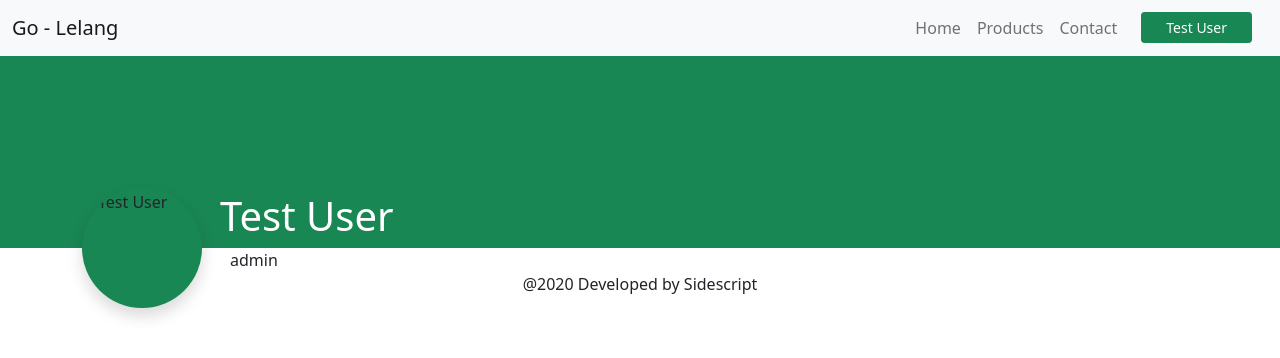
Repository: khulqu15/Go---Lelalng
Page: http://localhost/profile
An editor plug-in stored every save of this project. The page is shown before and after the next save, followed by the edit.
The browser window is 1280 px wide. The pictures show the whole page.
The page is served by the project's Laravel application, run on PHP 8.4 with Laravel 8. A made-up administrator, Test User (test@example.com), is signed in. Other server files are loaded and not shown.

Above is the page before, as saved 2021-02-22 20:55:01.

### routes/web.php
<?php

use App\Http\Controllers\DashboardController;
use App\Http\Controllers\PageController;
use App\Http\Controllers\UserController;
use Illuminate\Support\Facades\Route;

/*
|--------------------------------------------------------------------------
| Web Routes
|--------------------------------------------------------------------------
|
| Here is where you can register web routes for your application. These
| routes are loaded by the RouteServiceProvider within a group which
| contains the "web" middleware group. Now create something great!
|
*/

Route::get('/', [PageController::class, 'home'])->name('home');
Route::get('products', [PageController::class, 'products'])->name('products');
Route::get('product/{id}', [PageController::class, 'product'])->name('product');
Route::get('contact', [PageController::class, 'contact'])->name('contact');
Route::get('login', [PageController::class, 'login'])->name('login');
Route::get('register', [PageController::class, 'register'])->name('register');
Route::post('contact', [UserController::class, 'contactUs'])->name('contact.us');
Route::post('register', [UserController::class, 'register'])->name('register.post');
Route::post('login', [UserController::class, 'login'])->name('login.post');

Route::get('profile', [PageController::class, 'profile'])->name('profile');

Route::group(['middleware' => ['userDashboard']], function() {
    Route::get('dashboard', [DashboardController::class, 'index'])->name('dashboard');
    Route::get('dashboard/product', [DashboardController::class, 'product'])->name('dashboard.product');
    Route::get('dashboard/user', [DashboardController::class, 'user'])->name('dashboard.user');
    Route::get('dashboard/auction', [DashboardController::class, 'auction'])->name('dashboard.auction');
});

### app/Models/User.php
<?php

namespace App\Models;

use Illuminate\Contracts\Auth\MustVerifyEmail;
use Illuminate\Database\Eloquent\Factories\HasFactory;
use Illuminate\Foundation\Auth\User as Authenticatable;
use Illuminate\Notifications\Notifiable;
use Illuminate\Support\Facades\Hash;

class User extends Authenticatable
{
    use HasFactory, Notifiable;

    /**
     * The attributes that are mass assignable.
     *
     * @var array
     */
    protected $fillable = [
        'name',
        'email',
        'password',
    ];

    /**
     * The attributes that should be hidden for arrays.
     *
     * @var array
     */
    protected $hidden = [
        'password',
        'remember_token',
    ];

    /**
     * The attributes that should be cast to native types.
     *
     * @var array
     */
    protected $casts = [
        'email_verified_at' => 'datetime',
    ];

    public function Like()
    {
        return $this->hasMany(Like::class, 'user_id');
    }

    public function Auction()
    {
        return $this->hasMany(Auction::class, 'user_id');
    }

    public function isAdmin()
    {
        if($this->level == 'client') {
            return false;
        } else {
            return true;
        }
    }

    public function setPasswordAttribute($value)
    {
        $this->attributes['password'] = Hash::make($value);
    }
}

### app/Http/Controllers/PageController.php
<?php

namespace App\Http\Controllers;

use App\Models\Category;
use App\Models\Product;
use Illuminate\Http\Request;
use Illuminate\Support\Facades\Auth;

class PageController extends Controller
{
    public function home(Request $request)
    {
        $categories = Category::orderBy('id', 'DESC')->paginate(4);
        $query = Product::query();
        if($request->get('name')) {
            $products = $query->where('name', 'LIKE', '%'.$request->get('name').'%');
        }
        if($request->get('category')) {
            $products = $query->where('category_id', $request->get('category'));
        }
        $products = $query->with('Category')->orderBy('id', 'DESC')->paginate(3);
        return view('welcome', compact('products', 'categories'));
    }

    public function products(Request $request)
    {
        $categories = Category::orderBy('id', 'DESC')->paginate(4);
        $query = Product::query();
        if($request->get('name')) {
            $products = $query->where('name', 'LIKE', '%'.$request->get('name').'%');
        }
        if($request->get('category')) {
            $products = $query->where('category_id', $request->get('category'));
        }
        $products = $query->paginate(3);
        return view('page.products', compact('products', 'categories'));
    }

    public function product($id)
    {
        $product = Product::find($id);
        return view('page.product', compact('product'));
    }

    public function contact()
    {
        return view('page.contact');
    }

    public function login()
    {
        return view('auth.login');
    }

    public function register()
    {
        return view('auth.register');
    }

    public function profile()
    {
        if(Auth::check()) {
            return view('page.profile');
        }
        return redirect()->route('login')->with('error', 'Anda belum login');
    }
}

### resources/views/page/profile.blade.php
@extends('layout.app')

@section('title', Auth::user()->name)

@section('content')
<div class="container-fluid bg-success position-relative pt-5">
    <div class="container position-relative pb-5">
        <div class="row py-5">
            <div class="col-md-12">
                <div class="avatar-profile position-absolute shadow" style="bottom: -60px; width: 120px; height: 120px; border-radius: 120px;">
                    <img src="{{ asset('img/user/'.Auth::user()->avatar) }}" alt="{{ Auth::user()->name }}" class="image-fit-card">
                </div>
                <h1 class="text-white position-absolute" style="bottom: 0px; left: 150px">{{ Auth::user()->name }}</h1>
            </div>
        </div>
    </div>
</div>
<div class="container position-relative">
    <div class="row">
        <div class="col-md-12">
            <p class="position-absolute" style="left: 160px">{{ Auth::user()->level }}</p>
        </div>
    </div>
</div>
@endsection

### resources/views/layout/app.blade.php
<!DOCTYPE html>
<html lang="en">
<head>
    <meta charset="UTF-8">
    <meta name="viewport" content="width=device-width, initial-scale=1.0">
    <meta http-equiv="X-UA-Compatible" content="ie=edge">
    <title>GO - Lelang | @yield('title')</title>

    <script src="{{ mix('css/app.css') }}"></script>
    <link rel="stylesheet" href="{{ asset('css/bootstrap.min.css') }}">
    <link rel="stylesheet" href="{{ asset('css/all.min.css') }}">
    <link rel="stylesheet" href="{{ asset('css/fontawesome.min.css') }}">
    <link rel="stylesheet" href="{{ asset('css/style.css') }}">

    <script src="{{ mix('js/app.js') }}"></script>
    <script src="{{ asset('js/jquery-3.5.1.min.js') }}"></script>
    <script src="{{ asset('js/bootstrap.min.js') }}"></script>
    <script src="{{ asset('js/all.min.js') }}"></script>
    <script src="{{ asset('js/fontawesome.min.js') }}"></script>

</head>
<body>

    @if(\Session::has('success'))
    <div role="alert" class="alert alert-success alert-dismissible show position-fixed alert-respond fade">
        <ul class="mb-0 pb-0">
            <li>{{ \Session::get('success') }}</li>
        </ul>
        <button type="button" class="btn-close" data-bs-dismiss="alert" aria-label="Close"></button>
    </div>
    @endif
    @if(\Session::has('error'))
    <div role="alert" class="alert alert-danger alert-dismissible show position-fixed alert-respond fade">
        <ul class="mb-0 pb-0">
            <li>{{ \Session::get('error') }}</li>
        </ul>
        <button type="button" class="btn-close" data-bs-dismiss="alert" aria-label="Close"></button>
    </div>
    @endif

    <nav class="navbar navbar-expand-lg navbar-light bg-light">
        <div class="container-fluid">
            <a class="navbar-brand" href="{{ route('home') }}">Go - Lelang</a>
            <button class="navbar-toggler" type="button" data-bs-toggle="collapse" data-bs-target="#navbarSupportedContent" aria-controls="navbarSupportedContent" aria-expanded="false" aria-label="Toggle navigation">
                <span class="navbar-toggler-icon"></span>
            </button>
            <div class="collapse navbar-collapse" id="navbarSupportedContent">
                <ul class="navbar-nav ms-auto mb-2 mb-lg-0">
                    <li class="nav-item">
                        <a class="nav-link {{ Request::is('home') ? 'active' : '' }}" aria-current="page" href="{{ route('home') }}">Home</a>
                    </li>
                    <li class="nav-item">
                        <a class="nav-link {{ Request::is('products') ? 'active' : '' }}"" href="{{ route('products') }}">Products</a>
                    </li>
                    <li class="nav-item">
                        <a class="nav-link {{ Request::is('contact') ? 'active' : '' }}"" href="{{ route('contact') }}">Contact</a>
                    </li>
                    <li class="nav-item pt-1 px-3">
                        @if (Auth::check())
                            <button onclick="window.location = '{{ route('profile') }}'" class="btn btn-success btn-sm px-4">{{ Auth::user()->name }}</button>
                        @else
                            <button class="btn btn-success btn-sm px-4" onclick="window.location = '{{ route('login') }}'">Login</button>
                            <button class="btn btn-light btn-sm px-2" onclick="window.location = '{{ route('register') }}'">Register</button>
                        @endif
                    </li>
                </ul>
            </div>
        </div>
    </nav>

    @yield('content')

    <footer class="container-fluid py-4">
        <div class="row">
            <div class="col-md-12 text-center">
                <p class="mb-0">@2020 Developed by Sidescript</p>
            </div>
        </div>
    </footer>
</body>
</html>

### public/css/style.css
body {
    overflow-x: hidden !important;
}
.viga {
    font-family: 'Viga', sans-serif;
}
.bgm-primary {
    background-color: #198754 !important;
}
.bgm-primary-light {
    background-color: #FFCECE !important;
}
.btnm-primary {
    border: none;
    border-radius: 0px !important;
    transition: all .3s ease-in-out;
    background-color: #198754 !important;
    padding: 1rem 2rem;
    color: white;
}
.shadow-smooth {
    box-shadow: 10px 20px 49px -8px rgba(0, 0, 0, 0.08) !important;
}
.page-item.active .page-link {
    background-color: #198754 !important;
    border-color: #198754 !important;
    color: white !important;
}
.page-link {
    color: #198754 !important;
}
.text-right {
    text-align: right !important;
}
.text-left {
    text-align: left !important;
}
.text-sm {
    font-size: .8rem;
}
.text-center {
    text-align: center !important;
}
.cursor-point {
    cursor: pointer;
}
.btnm-primary:hover {
    color: white !important;
    background-color: #c01c1c !important;
}
.btnm-light {
    border: none;
    border-radius: 0px !important;
    transition: all .3s ease-in-out;
    background-color: #f2f2f2 !important;
    padding: 1rem 2rem;
    color: #292929;
}
.btnm-light:hover {
    color: #292929 !important;
    background-color: #c2c2c2 !important;
}
.textm-primary {
    color: #198754 !important;
}
.textm-gray {
    color: gray !important;
}

.input-search-home {
    width: 80%;
    position: absolute;
    left: 10%;
    height: 60px;
    box-shadow: 0px 20px 40px -6px rgba(0, 0, 0, 0.12);
    top: -50px;
    background-color: white;
}
.input-search-home input {
    height: 60px;
}
.input-search-home button,
.input-search-home a {
    position: relative;
    top: -10px;
}
.maxm-height {
    min-height: 70vh;
    max-height: 70vh !important;
    overflow-y: auto !important;
    overflow-x: hidden !important;
}


.card-product {
    width: 100%;
    transition: all .3s ease-in-out;
    height: 370px;
    background-color: white;
}
.card-product:hover {
    box-shadow: 12px 24px 48px rgba(0, 0, 0, 0.09);
}
.card-product .image {
    width: 100%;
    height: 170px;
    background-color: #f36c6c;
    overflow: hidden;
}
.card-product .image img {
    transition: all .3s ease-in-out;
}
.card-product .image:hover img {
    transform: scale(1.1);
    opacity: .6;
}
.card-product .like {
    width: 50px;
    height: 50px;
    border-radius: 50px;
    background-color: #fccece;
    color: #198754;
    position: absolute;
    line-height: 53px;
    text-align: center;
    z-index: 10;
    top: 140px;
    right: 20px;
    transition: all .3s ease-in-out;
}
.card-product .like:hover {
    cursor: pointer;
    background-color: #c01c1c;
    color: #FFCECE;
}
.card-product .liked {
    width: 50px;
    height: 50px;
    border-radius: 50px;
    background-color: #198754;
    color: #fccece;
    position: absolute;
    line-height: 53px;
    text-align: center;
    z-index: 10;
    top: 140px;
    right: 20px;
    transition: all .3s ease-in-out;
}
.card-product .like:hover {
    cursor: pointer;
    color: #c01c1c;
    background-color: #FFCECE;
}
.image-fit-card {
    width: 100%;
    height: 100%;
    object-fit: cover !important;
}
.card-product .line-category {
    display: inline-block;
    width: 20px;
    height: 3px;
    background-color: gray;
}

.bg-hammer-bottom {
    background: url('../img/wallpaper/hammer.png');
    background-attachment: fixed;
    background-position: center;
    background-size: cover;
}

.input-email-footer {
    position: relative;
    width: 100%;
    height: 70px;
    box-shadow: 0px 19px 38px rgba(0, 0, 0, 0.12);
    background-color: white;
}
.input-email-footer input {
    height: 70px;
    width: 100%;
}
.input-email-footer button {
    position: relative;
    top: -8px
}

.menu-footer {
    color: rgba(255, 255, 255, .5);
}
.menu-footer.active,
.menu-footer:hover {
    color: rgba(255, 255, 255, 1);
    cursor: pointer;
    transition: all .4s ease-in-out;
}
.menu-footer .icon {
    position: absolute;
    right: -50px;
    opacity: 0;
    transition: all .2s ease-in-out;
    visibility: hidden;
}
.menu-footer.active .icon,
.menu-footer:hover .icon {
    position: relative;
    opacity: 1;
    right: 0;
    visibility: visible;
}
.menu-footer .menu-title {
    transition: all .2s ease-in-out;
    position: relative;
    font-size: 3rem;
    right: -10px;
}
.menu-footer.active .menu-title,
.menu-footer:hover .menu-title {
    position: relative;
    right: 0px;
}

.icons-footer svg {
    transition: all .2s ease-in-out;
    color: #c2c2c2;
    margin: 0px .8rem;
    font-size: 1.4rem;
}

.icons-footer svg:hover {
    cursor: pointer;
    color: #767676;
}

.navbar {
    transition: all .3s ease-in-out;
    z-index: 100;
}
.burger {
    position: relative;
    top: -5px;
    margin: 10px 0px 0px 0px;
}
.burger div {
    width: 30px;
    height: 2px;
    margin: 7px 0px;
    position: relative;
    background-color: #767676;
    transition: all .3s ease-in-out;
}
.burger.times div:nth-child(1) {
    transform: rotate(45deg);
    top: 5px;
}
.burger.times div:nth-child(2) {
    transform: rotate(-45deg);
    top: -5px;
}

.navbar-fixed {
    position: fixed;
    width: 100%;
    z-index: 50;
    overflow-x: hidden !important;
    overflow-y: auto !important;
    height: 100%;
    top: 0;
    opacity: 1;
    transform: skew(0deg);
    background-color: white;
    visibility: visible;
    right: 0;
    transition: all .5s ease-in;
}
.avatar-sm {
    width: 40px;
    height: 40px;
    border-radius: 40px;
    overflow: hidden;
    display: inline-block;
}
.avatar-md {
    width: 50px;
    height: 50px;
    border-radius: 50px;
    overflow: hidden;
    display: inline-block;
}
.avatar-sm-navbar {
    width: 40px;
    height: 40px;
    border-radius: 40px;
    display: inline-block;
    right: 120px;
    position: absolute;
    z-index: 10;
    overflow: hidden;
    transition: all .3s ease-in-out;
    top: 24px;
    box-sizing: content-box;
}
.avatar-sm-navbar:hover {
    cursor: pointer;
    border: 4px solid gainsboro;
    top: 20px;
    right: 112px;
}
.navbar-fixed.hide {
    transform: skew(10deg) !important;
    opacity: 0 !important;
    right: -100% !important;
    visibility: hidden !important;
}
.menu-navbar {
    color: rgba(44, 44, 44, 0.5);
}
.menu-navbar.active,
.menu-navbar:hover {
    color: rgba(44, 44, 44, 1) !important;
    cursor: pointer;
    transition: all .4s ease-in-out;
}
.menu-navbar .icon {
    position: absolute;
    right: -50px;
    opacity: 0;
    transition: all .2s ease-in-out;
    visibility: hidden;
}
.menu-navbar.active .icon,
.menu-navbar:hover .icon {
    position: relative;
    opacity: 1;
    right: 0;
    visibility: visible;
}
.menu-navbar .menu-title {
    transition: all .2s ease-in-out;
    position: relative;
    font-size: 3rem;
    right: -10px;
}
.menu-navbar.active .menu-title,
.menu-navbar:hover .menu-title {
    position: relative !important;
    right: 0px !important;
}
a {
    text-decoration: none !important;
}
.full-page,
.bg-product {
    width: 100%;
    min-height: 100vh;
    overflow: hidden;
    position: relative;
    background-color: #292929;
}
.full-page {
    background-color: #f36c6c !important;
}
.bg-product img {
    opacity: .8;
}

.avatar-profile {
    width: 80px;
    margin: 0px auto;
    height: 80px;
    display: inline-block;
    border-radius: 80px;
    overflow: hidden !important;
    background-color: #198754;
}
.ellipsis-menu-right {
    top: 0;
    right: 0;
    margin: .7rem;
    font-size: 1.2rem;
}

.card-profile-navbar {
    background-color: white;
    width: 300px;
    position: relative;
    z-index: 100;
}
.card-auction {
    box-shadow: 0px 5px 15px rgba(0, 0, 0, 0.12);
    transition: all .3s ease-in-out;
}
.card-auction:hover {
    box-shadow: 0px 10px 30px rgba(0, 0, 0, 0.1);
}
.alert-respond {
    width: 50%;
    top: 20%;
    z-index: 100;
    left: 25%;
}
@media only screen and (max-width: 760px) {
    .alert-respond {
        z-index: 100;
        top: 20%;
        width: 80%;
        left: 10%;
    }
}

.btn-fab {
    position: fixed;
    right: 25px;
    bottom: 25px;
    z-index: 100;
}

.menu-ellipsis {
    width: 260px;
    overflow: hidden;
    right: 0;
    background-color: white;
    transition: all .3s ease-in-out;
    box-shadow: 0px 10px 20px rgba(0, 0, 0, 0.08);
}
.menu-ellipsis.hide {
    opacity: 0 !important;
    visibility: hidden !important;
    right: -20px !important;
}
.menu-ellipsis .item {
    padding: .7rem 1.4rem;
    transition: all .3s ease-in-out;
    text-align: right !important;
    cursor: pointer;
}
.menu-ellipsis .item:hover {
    background-color: gainsboro;
}

Loaded but not shown: app/Providers/AppServiceProvider.php (common file); app/Http/Controllers/Controller.php (common file); public/mix-manifest.json (common file); public/css/bootstrap.min.css (library); public/css/all.min.css (library); public/css/fontawesome.min.css (library); public/js/app.js (library); public/js/jquery-3.5.1.min.js (library); public/js/bootstrap.min.js (library); public/js/fontawesome.min.js (library); public/css/app.css (empty)

After the next save:
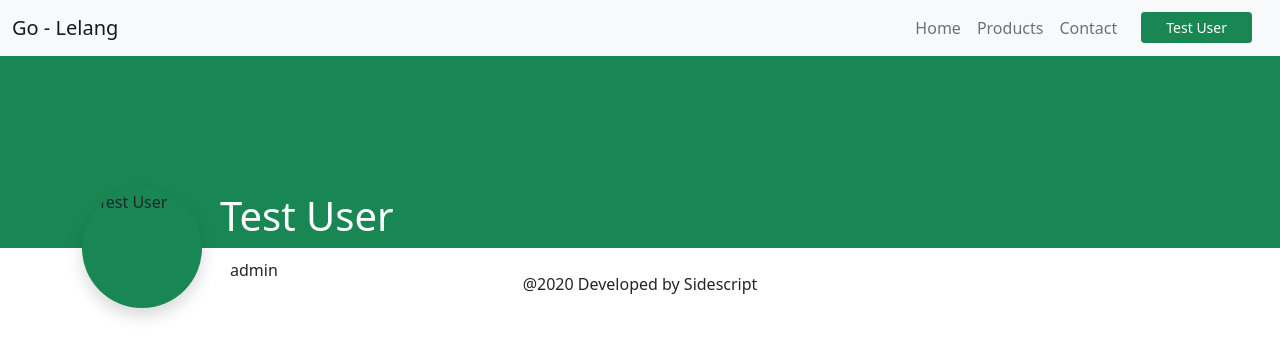
Saved 6 s later.
--- a/resources/views/page/profile.blade.php
+++ b/resources/views/page/profile.blade.php
@@ -18,7 +18,7 @@
 <div class="container position-relative">
     <div class="row">
         <div class="col-md-12">
-            <p class="position-absolute" style="left: 160px">{{ Auth::user()->level }}</p>
+            <p class="position-absolute" style="left: 160px; top: 10px">{{ Auth::user()->level }}</p>
         </div>
     </div>
 </div>
